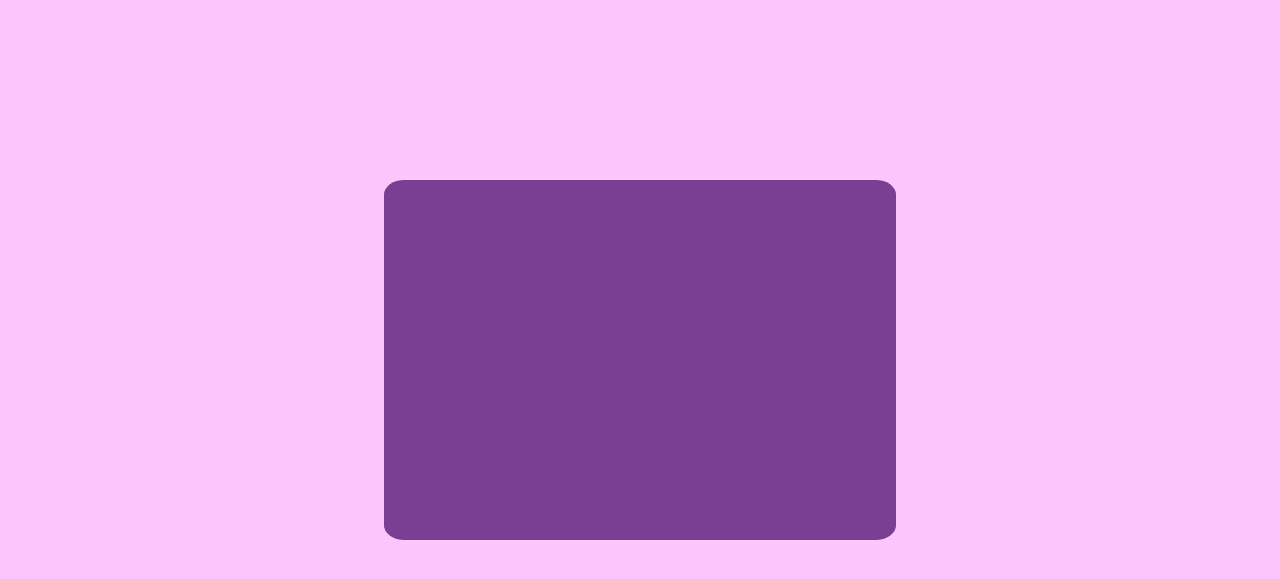
Repository: 2001mariana/Calculator_react
Page: /
The author's editor kept a copy of each file at every save. The page is drawn from the files as they stood at one save, then again after the next save.
The browser window is 1280 px wide. The pictures show the whole page.
The project was rebuilt for these pictures with package versions that can differ from the ones it lists, and the page was loaded fresh each time.

Above is the page before, as saved 2023-02-06 17:17:27.

After the next save:
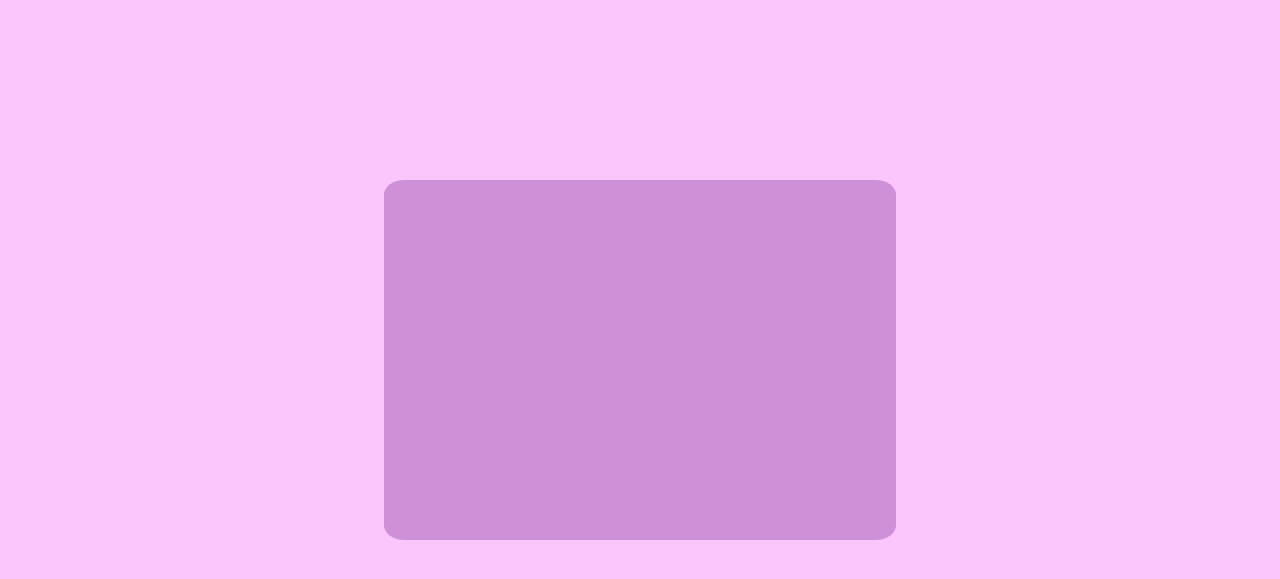
Saved 15 s later.
--- a/src/App.css
+++ b/src/App.css
@@ -10,5 +10,5 @@
   height: 50vh;
   width: 40vw;
   border-radius: 4%;
-  background-color: #7A3F92;
+  background-color: #CF90D8;
 }
